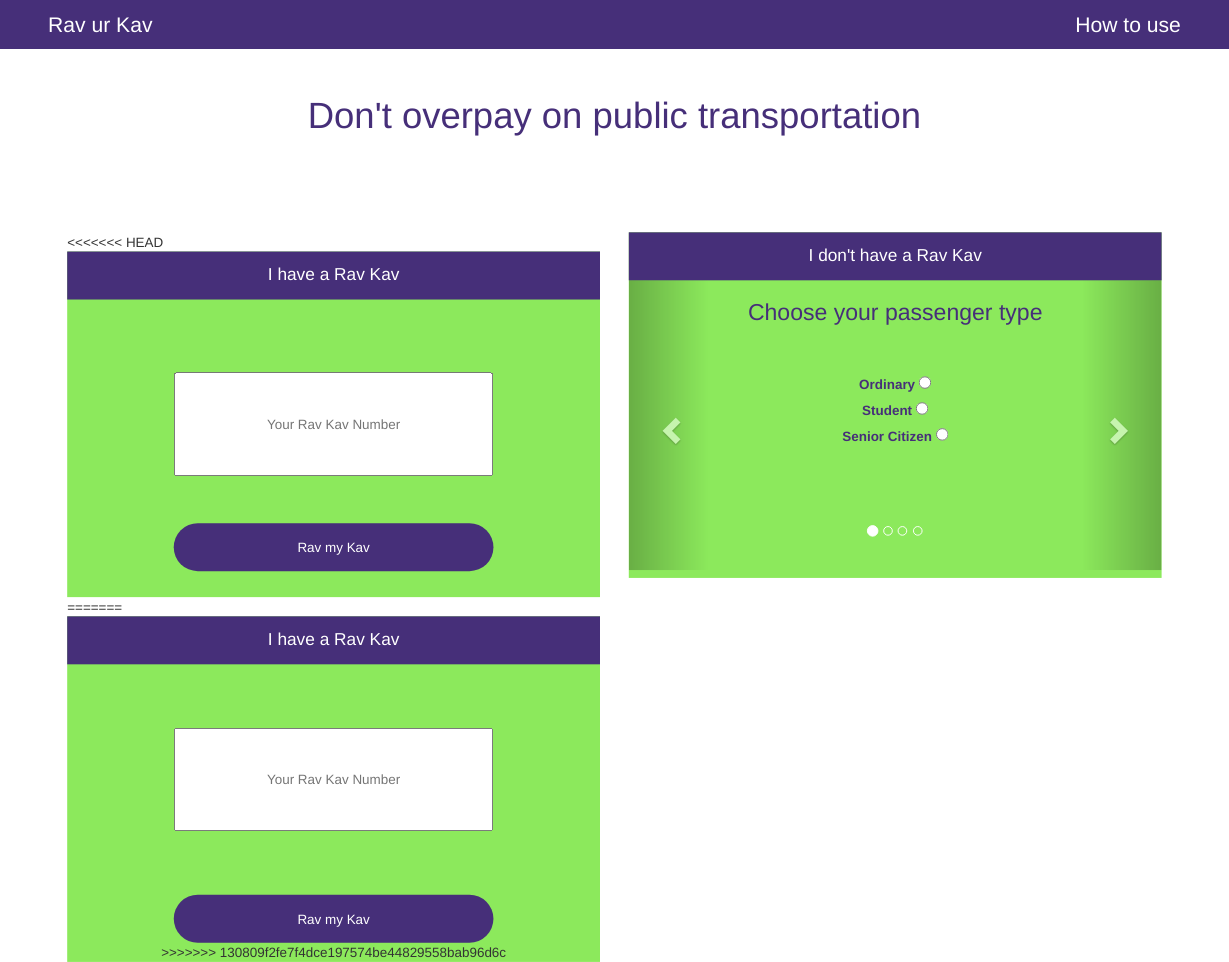
Repository: Louhla/Rav-ur-Kav
Page: index.html
These files come from the project's save history. The page is drawn as it stood at one moment and after the next save; the edit follows.
The browser window is 1280 px wide. The pictures show the whole page, at 96% of full size.

Above is the page before, as saved 2019-07-17 22:17:27.

### index.html
<!DOCTYPE html>
<html lang="en">

<head>
    <meta charset="utf-8">
    <meta name="viewport" content="width=device-width, initial-scale=1">
    <link rel="stylesheet" href="https://maxcdn.bootstrapcdn.com/bootstrap/3.4.0/css/bootstrap.min.css">
    <script src="https://ajax.googleapis.com/ajax/libs/jquery/3.4.1/jquery.min.js"></script>
    <script src="https://maxcdn.bootstrapcdn.com/bootstrap/3.4.0/js/bootstrap.min.js"></script>
    <link rel="stylesheet" type="text/css" href="./css/rav-ur-kav.css">
    <title>Rav ur kav - Public Transport Calculator</title>
    <meta name="description" content="Get the best rate for your Rav Kav according to your commute">
</head>

<body>
    <div id="modal-wrapper">
        <div class="modal">
            <h1>How to get the most our of your Rav Kav:</h1>
            <h3>For current Rav Kav users:</h3>
            <h3>Log in with your Rav Kav card number located on the back of your card (bottom right corner)</h3>
            <h3>Rav ur Kav alanlyzes your commute history and reccomends the best Rav Kav plan that will save you the
                most money</h3>
            <h3>Not sure what plan is right for you?</h3>
            <h3>Use the Rav Kav plan calculator to figure out which plan is right for you</h3>
            <br>
            <div id="button-box">
                <button class="my-button" id="close">Close</button>
            </div>
        </div>
    </div>
    <div id="root"></div>
    <heading class="header">
        <div class="logo">Rav ur Kav
        </div>
        <div id="how-to">How to use
        </div>
    </heading>

    <div class="container">
        <div class="row">
            <div class="col-md-12">
                <h1>Don't overpay on public transportation</h1>
            </div>
        </div>
        <div class="row">
            <div class="col-md-6">
<<<<<<< HEAD
                <div class="existing-user">
                    <h4>I have a Rav Kav</h4>
                    <input id="rav-kav-number" type=text placeholder="Your Rav Kav Number"></input>
                    <a id="show-plan" href="#recommended-plan">
                        <input type="submit" value="Rav my Kav" id="rav-kav-number-button" />
                    </a>
                </div>
=======
                <form id="existing-user-form">
                    <div class="existing-user">
                        <h4>I have a Rav Kav</h4>
                        <input id="rav-kav-number" type=text placeholder="Your Rav Kav Number"></input>
                        <a href="#recommended-plan">
                            <input type="submit" value="Rav my Kav" id="rav-kav-number-button" />
                        </a>
                </form>
>>>>>>> 130809f2fe7f4dce197574be44829558bab96d6c
            </div>
        </div>
        <div class="col-md-6">
            <div class="new-user">
                <h4>I don't have a Rav Kav</h4>
                <div id="myCarousel" class="carousel slide" data-ride="carousel">
                    <!-- Indicators -->
                    <ol class="carousel-indicators">
                        <li data-target="#myCarousel" data-slide-to="0" class="active"></li>
                        <li data-target="#myCarousel" data-slide-to="1"></li>
                        <li data-target="#myCarousel" data-slide-to="2"></li>
                        <li data-target="#myCarousel" data-slide-to="3"></li>
                    </ol>

                    <!-- Wrapper for slides -->
                    <form id="plan-calculator-form">
                        <div class="carousel-inner">
                            <div class="item active">
                                <h3>Choose your passenger type</h3>

                                <div>
                                    <label>Ordinary</label>
                                    <input type="radio" name="radio"></input>
                                </div>
                                <div>
                                    <label>Student</label>
                                    <input type="radio" name="radio"></input>
                                </div>
                                <div>
                                    <label>Senior Citizen</label>
                                    <input type="radio" name="radio"></input>
                                </div>
                            </div>

                            <div class="item">
                                <h3>Where do you wanna ride?</h3>

                                <label>Choose a city or several places if you are travelling between cities</label>
                                <select>
                                    <option selected disabled>City</option>
                                    <option value="low">Tel Aviv</option>
                                    <option value="medium">Jerusalem</option>
                                    <option value="high">Haifa</option>
                                    <option value="high">Rishon Le Zion</option>
                                    <option value="high">Herzlya</option>
                                    <option value="high">Raanana</option>
                                    <option value="high">Netanya</option>
                                    <option value="high">Beit Shemesh</option>
                                </select>

                            </div>

                            <div class="item">
                                <h3>What's your public transportation?</h3>
                                <table id="driving-pattern">
                                    <tr>
                                        <th>Type</th>
                                        <th>MON</th>
                                        <th>TUE</th>
                                        <th>WED</th>
                                        <th>THU</th>
                                        <th>FRI</th>
                                        <th>SAT</th>
                                        <th>SUN</th>
                                    </tr>
                                    <tr>
                                        <td>City 2 City Bus</td>
                                        <td><input class="rides-per-day" type="number" min="0" max="9"></input></td>
                                        <td><input class="rides-per-day" type="number" min="0" max="9"></input></td>
                                        <td><input class="rides-per-day" type="number" min="0" max="9"></input></td>
                                        <td><input class="rides-per-day" type="number" min="0" max="9"></input></td>
                                        <td><input class="rides-per-day" type="number"></input></td>
                                        <td><input class="rides-per-day" type="number" min="0" max="9"></input></td>
                                        <td><input class="rides-per-day" type="number" min="0" max="9"></input></td>
                                    </tr>
                                    <tr>
                                        <td>City 2 City Train</td>
                                        <td><input class="rides-per-day" type="number" min="0" max="9"></input></td>
                                        <td><input class="rides-per-day" type="number" min="0" max="9"></input></td>
                                        <td><input class="rides-per-day" type="number" min="0" max="9"></input></td>
                                        <td><input class="rides-per-day" type="number" min="0" max="9"></input></td>
                                        <td><input class="rides-per-day" type="number" min="0" max="9"></input></td>
                                        <td><input class="rides-per-day" type="number" min="0" max="9"></input></td>
                                        <td><input class="rides-per-day" type="number" min="0" max="9"></input></td>
                                    </tr>
                                    <tr>
                                        <td>City Bus</td>
                                        <td><input class="rides-per-day" type="number" min="0" max="9"></input></td>
                                        <td><input class="rides-per-day" type="number" min="0" max="9"></input></td>
                                        <td><input class="rides-per-day" type="number" min="0" max="9"></input></td>
                                        <td><input class="rides-per-day" type="number" min="0" max="9"></input></td>
                                        <td><input class="rides-per-day" type="number" min="0" max="9"></input></td>
                                        <td><input class="rides-per-day" type="number" min="0" max="9"></input></td>
                                        <td><input class="rides-per-day" type="number" min="0" max="9"></input></td>
                                    </tr>
                                </table>
                            </div>
                            <div class="item">
                                <a href="#recommended-plan">
                                    <input type="submit" value="Rav my Kav" id="rav-my-kav" />
                                </a>
                            </div>
                        </div>
                    </form>
                    <!-- Left and right controls -->
                    <a class="left carousel-control" href="#myCarousel" data-slide="prev">
                        <span class="glyphicon glyphicon-chevron-left"></span>
                        <span class="sr-only">Previous</span>
                    </a>
                    <a class="right carousel-control" href="#myCarousel" data-slide="next">
                        <span class="glyphicon glyphicon-chevron-right"></span>
                        <span class="sr-only">Next</span>
                    </a>
                </div>
            </div>
        </div>
    </div>
    <div class="row">
        <div class="col-md-12 recommended-plan" id="recommended-plan">
            <h2>Your recommended plan</h2>
            <div>
                Monthly Rav Kav Plan
            </div>
            <button id="purchase">Purchase now</button>
        </div>
    </div>
    </div>
    <script type="text/javascript" src="./js/rav-ur-kav.js"></script>
</body>

</html>

### css/rav-ur-kav.css
body {
    margin: 0px;
    padding: 0px;
    /* background-image: url(../IMG/bus.jpg); */
}
/* Modal START */
#modal-wrapper {
    position: fixed;
    top: 0;
    bottom: 0;
    right: 0;
    left: 0;
    background-color: rgba(0, 0, 0, 0.5);
    z-index: 12345;
    display: none;
}

#modal-wrapper .modal {
    background-color: #462F79;
    width: 70vw;
    height: 70vh;
    position: absolute;
    top: 50%;
    left: 50%;
    transform: translateX(-50%) translateY(-50%);
    border-radius: 5px;
    color: white;
    display: flex;
    flex-direction: column;
    justify-content: space-evenly;
}


.modal h1 {
    font-size: 3rem;
    margin: 1rem 5rem;
    text-shadow: 1px 2px #000000;
}

.modal h3 {
    font-size: 2rem;
    margin: 1rem 5rem;
}

#button-box {
    width: 80%;
    display: flex;
    justify-content: flex-end;
    align-items: center;
}

.my-button {
    color: white;
    background-color:#27164D;
    height: 5vh;
    width: 20vh;
    font-size: 4vh;
    text-align: center;
    padding: 0;
}
/* Modal END */

/* Homepage START */
.header{
    display: flex;
    position: fixed;
    z-index: 9;
    justify-content: space-between;
    width: 100%;
    align-items: center;
    box-shadow: 5px;
    background-color: #462F79;
    color: white;
    font-size: 22px;
}
.logo{
    margin: 10px 0px 10px 50px;
}
.how-to{
    margin: 10px 50px 10px 0px;
}
.existing-user{
    background-color: #8CE95C;
    display: flex;
    flex-direction: column;
    text-align: center;
    height: 50vh;
}
.new-user{
    background-color: #8CE95C;
    text-align: center;
    height: 50vh;
}
h1{
    text-align: center;
    margin: 100px;
    color: #8CE95C;
    font-size: 38px;
}
.existing-user > h4, .new-user > h4{
    background-color: #462F79;
    padding: 15px 0px;
    margin: 0px;
    color: white;
}
#rav-kav-number{
    width: 60%;
    margin: auto;
    text-align: center;
}
#rav-kav-number-button, #purchase, #rav-my-kav{
    width: 60%;
    margin: auto;
    height: 50px;
    border-radius: 50px;
    border-style: none;
    color: white;
    background-color: #462F79;
    -webkit-transition: width 0.5s ease-in-out;
    -moz-transition: width 0.5s ease-in-out;
    -ms-transition: width 0.5s ease-in-out;
    transition: width 0.5s ease-in-out;
}
.submit-new-customer{
    height: 200px;
}
.add-city{
    background-color: #462F79;
    border-radius: 50px;
    border-style: none;
    color:white;
}
#hidden-city{
    display: none;
}
#rav-my-kav{
    position: relative;
    top: 50%;
}
#rav-kav-number-button:hover{
    width: 62%;
}
a{
    cursor:pointer;
    text-decoration: none;
    color: white;
}
a:hover{
    text-decoration: none;
    color: white;
}
#how-to{
    margin: 10px 50px 10px 0px;
    cursor: pointer;
}
.existing-user{
    background-color: #8CE95C;
    display: flex;
    flex-direction: column;
    text-align: center;
    height: 50vh;
}
.new-user{
    background-color: #8CE95C;
    text-align: center;
    height: 50vh;
}
h1{
    text-align: center;
    margin: 100px;
    color: #462F79;
    font-size: 38px;
}
.existing-user > h4, .new-user > h4{
    background-color: #462F79;
    padding: 15px 0px;
    margin: 0px;
    color: white;
}
#rav-kav-number{
    width: 60%;
    height: 30%;
    margin: auto;
    text-align: center;
}
.recommended-plan{
    display: none;
    align-items :center;
    flex-direction: column;
    margin-top: 100px;
}
.recommended-plan > div{
    height: 300px;
}
h2{
    color: #462F79;
    font-size: 38px;
}
#purchase{
    margin-bottom: 100px;
}
.carousel{
    position: relative;
    height: 84%;
    color: #462F79;
}
#passenger-type{
    display: flex;
    flex-direction: column;
    align-items: center;
    justify-content: space-evenly;
}
label{
    border-radius: 50%;
}
h3{
    margin-bottom: 50px;
}
.rides-per-day{
    width: 30px;
    height: 30px;
}
#driving-pattern{
    margin: auto;
}
#show-plan{
    position: relative;
    top: -27px;
}
/* Homepage END */

### js/rav-ur-kav.js
console.log("step1");

$(document).ready(() => {
    // Globals

    // Modal buttons
    let howToButton = $("#how-to");
    let closeModalButton = $("#close");
    $(closeModalButton).on("click", () => {
      $("#modal-wrapper").toggle();
    });
    $(howToButton).on("click", () => {
      $("#modal-wrapper").toggle();
    });
    // Rav my Kav button
    let reccomendedPlanButton = $("#rav-kav-number-button");
    $(reccomendedPlanButton).on("click", () => {
        $("#recommended-plan").css("display", "flex");
    })
});
console.log("whats up")



$('#rav-kav-number').on('input', function (event) {
    this.value = this.value.replace(/[^0-9]/g, '');
});

$('.carousel').carousel({
    interval: false
  }).on('slid.bs.carousel', function () {
      curSlide = $('.active');
    if(curSlide.is( ':first-child' )) {
       $('.left').hide();
       return;
    } else {
       $('.left').show();
    }
    if (curSlide.is( ':last-child' )) {
       $('.right').hide();
       return;
    } else {
       $('.right').show();
    }
  });

After the next save:
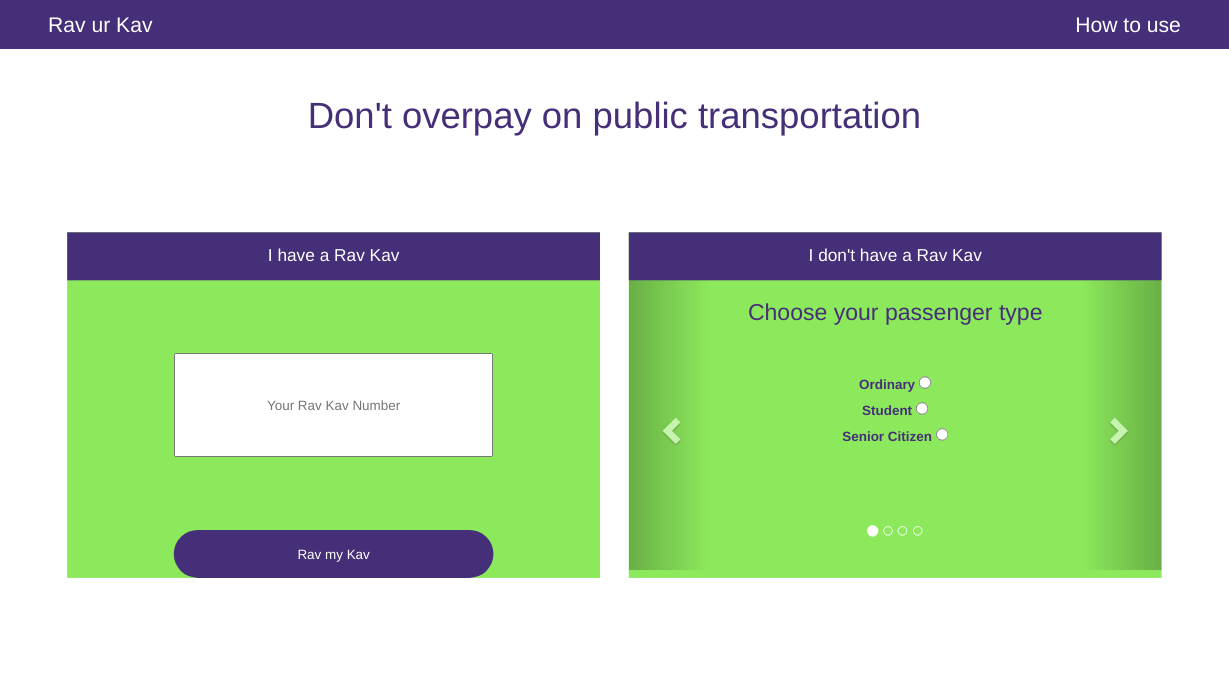
Saved 13 s later.
--- a/index.html
+++ b/index.html
@@ -44,15 +44,6 @@
         </div>
         <div class="row">
             <div class="col-md-6">
-<<<<<<< HEAD
-                <div class="existing-user">
-                    <h4>I have a Rav Kav</h4>
-                    <input id="rav-kav-number" type=text placeholder="Your Rav Kav Number"></input>
-                    <a id="show-plan" href="#recommended-plan">
-                        <input type="submit" value="Rav my Kav" id="rav-kav-number-button" />
-                    </a>
-                </div>
-=======
                 <form id="existing-user-form">
                     <div class="existing-user">
                         <h4>I have a Rav Kav</h4>
@@ -61,7 +52,6 @@
                             <input type="submit" value="Rav my Kav" id="rav-kav-number-button" />
                         </a>
                 </form>
->>>>>>> 130809f2fe7f4dce197574be44829558bab96d6c
             </div>
         </div>
         <div class="col-md-6">
